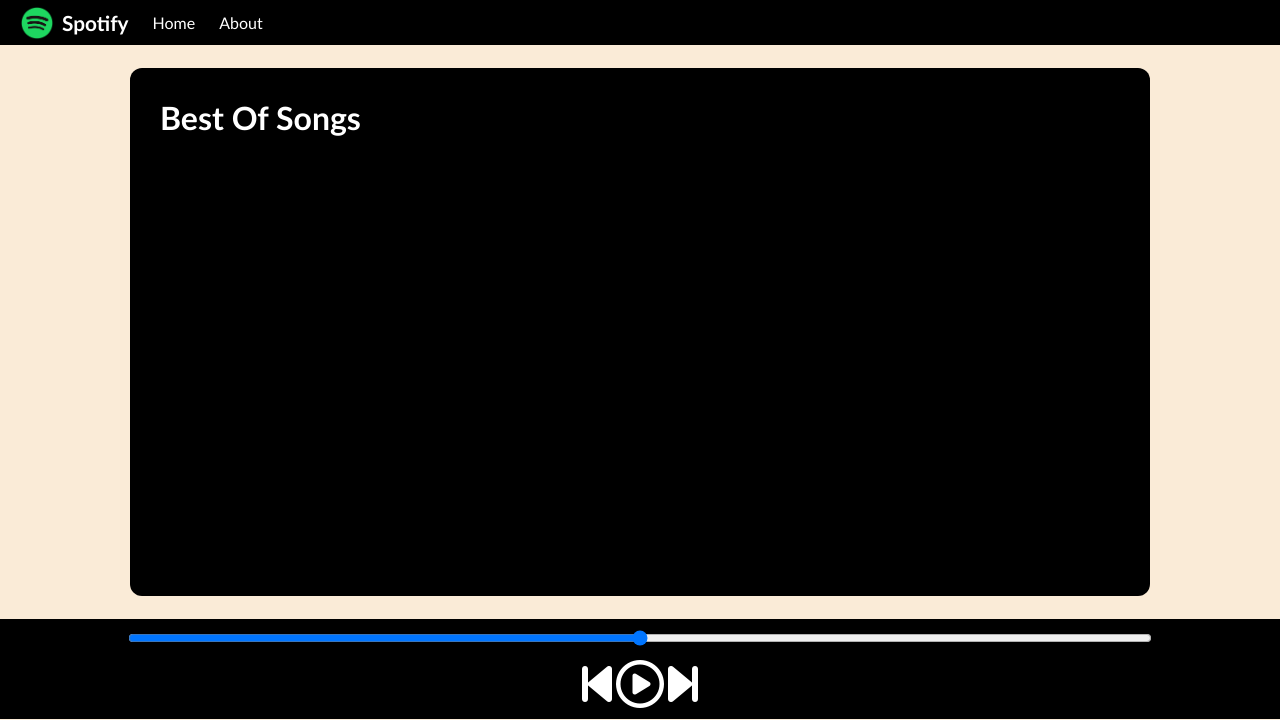
Repository: Chiranshukapil/Spotify-Project
Page: index.html
These files come from the project's save history. The page is drawn as it stood at one moment and after the next save; the edit follows.
The browser window is 1280 px wide. The pictures show the whole page.
Some web libraries are served in a nearby version.

Above is the page before, as saved 2024-06-17 20:54:53.

After the next save:
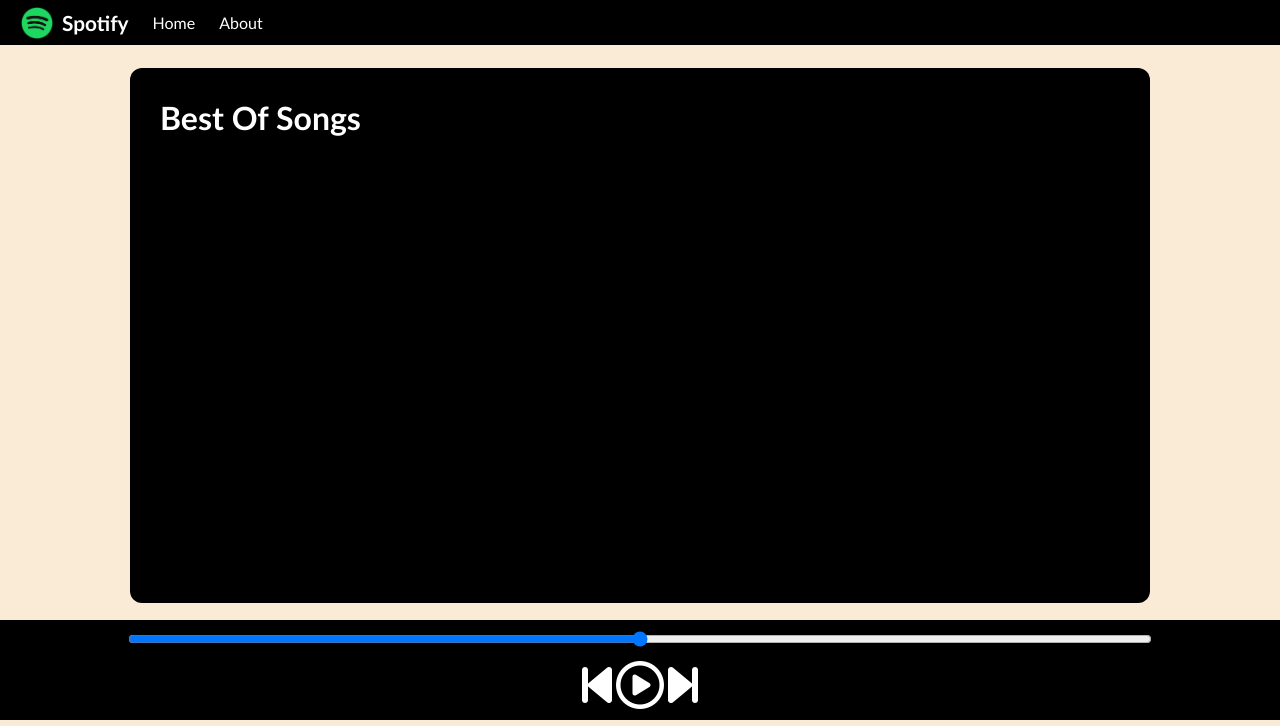
Saved 4 s later.
--- a/style.css
+++ b/style.css
@@ -39,7 +39,7 @@
 }
 
 .container{
-    min-height: 65vh;
+    min-height: 66vh;
     background-color: black;
     color: white;
     font-family: 'Trebuchet MS', 'Lucida Sans Unicode', 'Lucida Grande', 'Lucida Sans', Arial, sans-serif;
